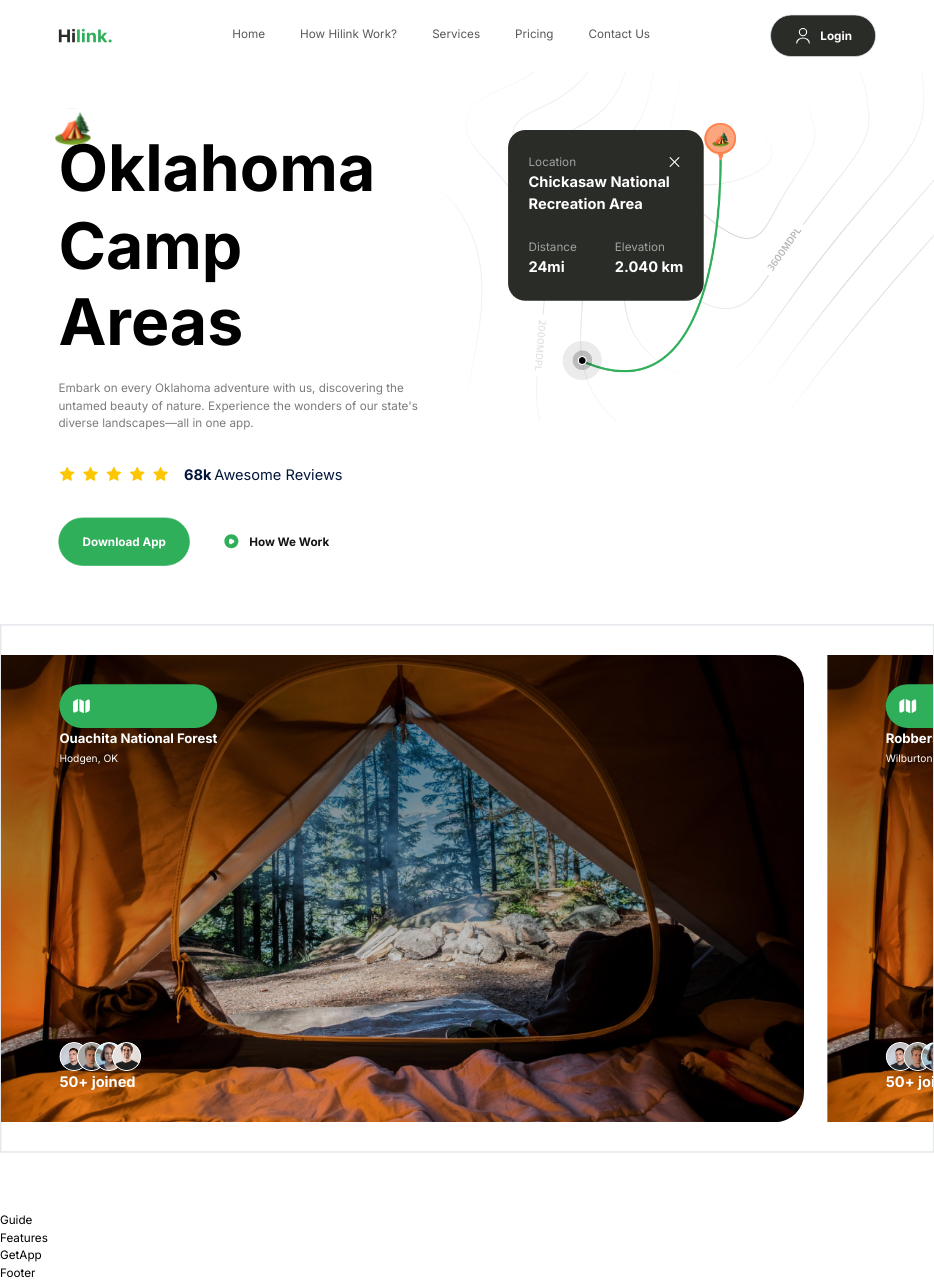
Repository: MikeeBuilds/camp
Page: /
An editor plug-in stored every save of this project. The page is shown before and after the next save, followed by the edit.
The browser window is 1280 px wide. The pictures show the whole page, at 73% of full size.
The project was rebuilt for these pictures with package versions that can differ from the ones it lists, and the page was loaded fresh each time. The framework's server and built-in components were replaced by stand-ins that run in the browser. Also part of the build but not shown: next.config.js.

Above is the page before, as saved 2023-11-24 22:18:57.

After the next save:
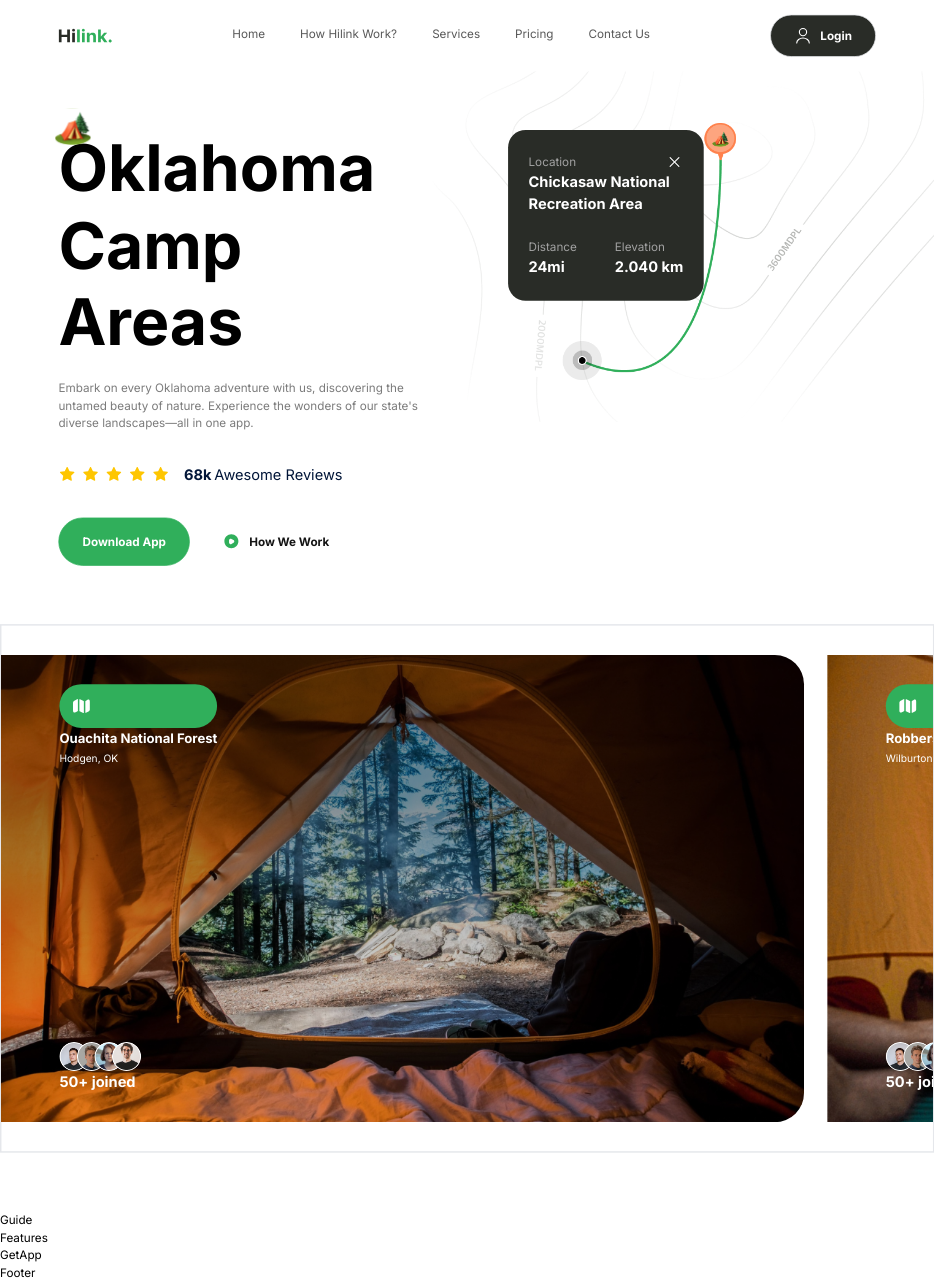
Saved 27 s later.
--- a/components/Camp.tsx
+++ b/components/Camp.tsx
@@ -65,7 +65,7 @@ const Camp = () => {
           peopleJoined="50+ joined"
         />
         <CampSite
-          backgroundImage="bg-bg-img-1"
+          backgroundImage="bg-bg-img-2"
           title="Robbers Cave State Park"
           subtitle="Wilburton, OK"
           peopleJoined="50+ joined"
